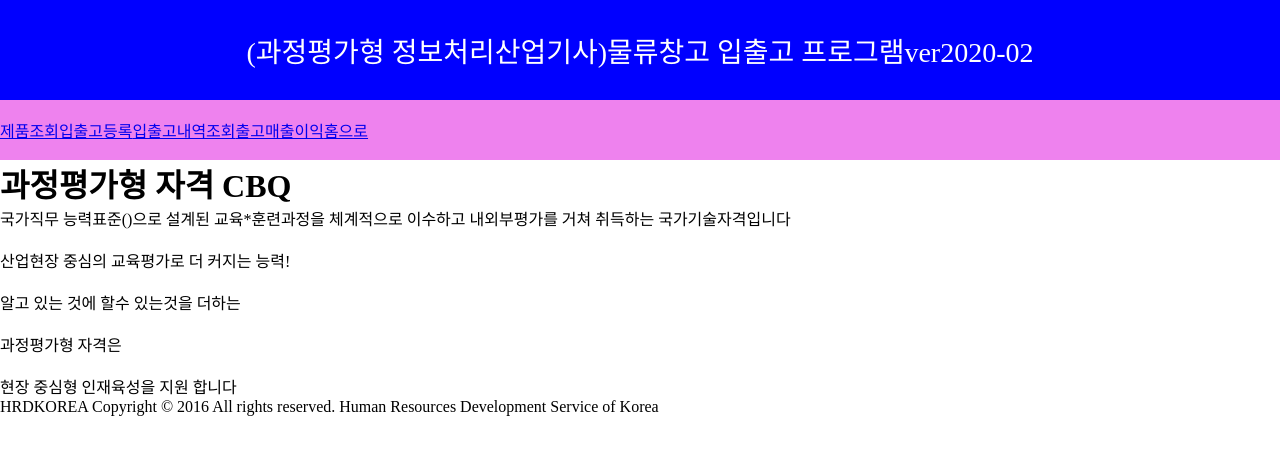
Repository: anakyn01/2_two
Page: http://localhost/cbq_1/two.jsp
An editor plug-in stored every save of this project. The page is shown before and after the next save, followed by the edit.
The browser window is 1280 px wide. The pictures show the whole page.
The page is served by Tomcat 9.

Above is the page before, as saved 2024-12-11 05:51:52.

After the next save:
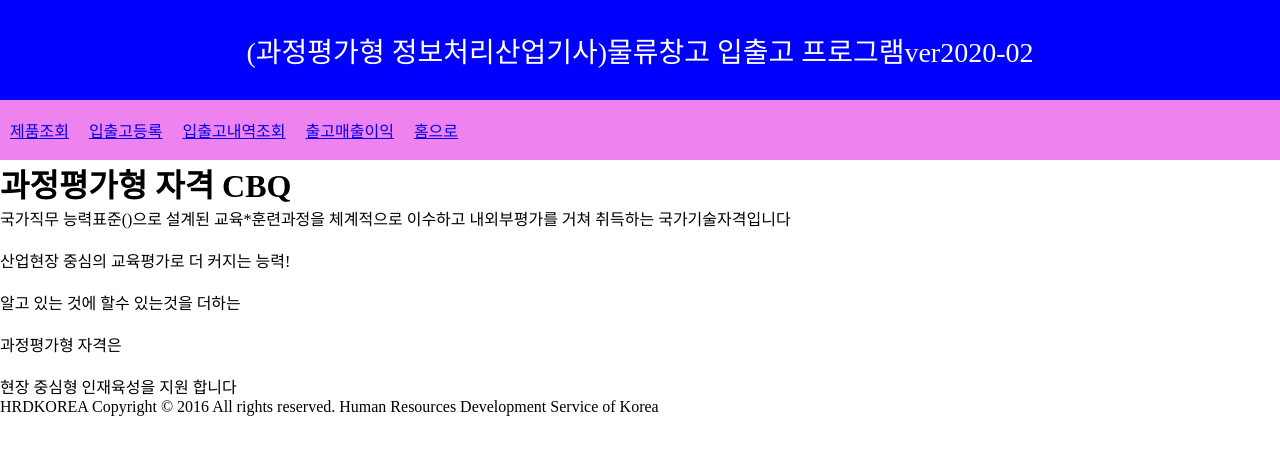
Saved 15 s later.
--- a/exam/cbq_1/src/main/webapp/css/style.css
+++ b/exam/cbq_1/src/main/webapp/css/style.css
@@ -16,5 +16,5 @@ width:100%;	height:60px; display:flex; justify-content:flex-start; align-items:c
 }
 ul,ol,li{list-style:none; }
 .nav li a {
-height:60px; display:flex; align-items:center;
+height:60px; display:flex; align-items:center; padding:0px 10px;
 }
